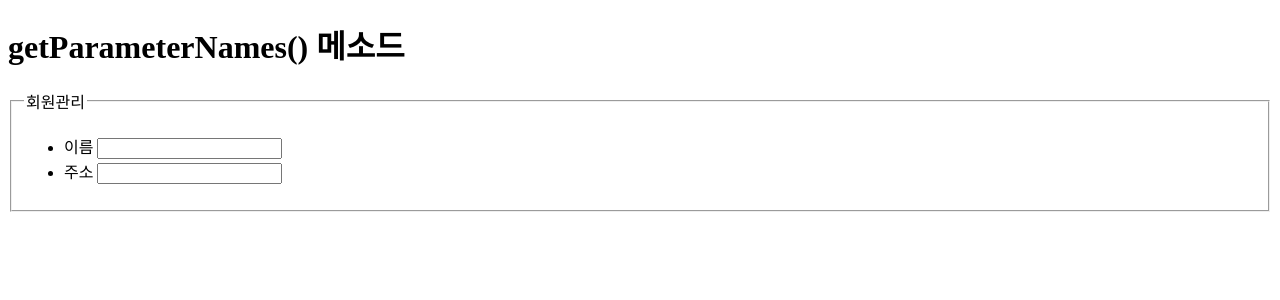
Repository: seminocoe/JSP_STUDY
Page: http://localhost/ServletProject/login/memberForm.jsp
These files come from the project's save history. The page is drawn as it stood at one moment and after the next save; the edit follows.
The browser window is 1280 px wide. The pictures show the whole page.
The page is served by Tomcat 9. Other server files are loaded and not shown.

Above is the page before, as saved 2022-07-29 02:44:36.

### ServletProject/src/main/webapp/login/memberForm.jsp
<%@ page language="java" contentType="text/html; charset=UTF-8"
    pageEncoding="UTF-8"%>
<!DOCTYPE html>
<html>
<head>
<meta charset="UTF-8">
<title></title>
</head>
<body>
<h1>getParameterNames() 메소드</h1>
	<form action="" method="post">
		<fieldset>
			<legend>회원관리</legend>
				<ul>
					<li>
						<label for="username">이름</label>
						<input type="text" name="username">
					</li>

					<li>
						<label for="address">주소</label>
						<input type="text" name="address">
					</li>

				</ul>
		</fieldset>
	</form>
</body>
</html>

After the next save:
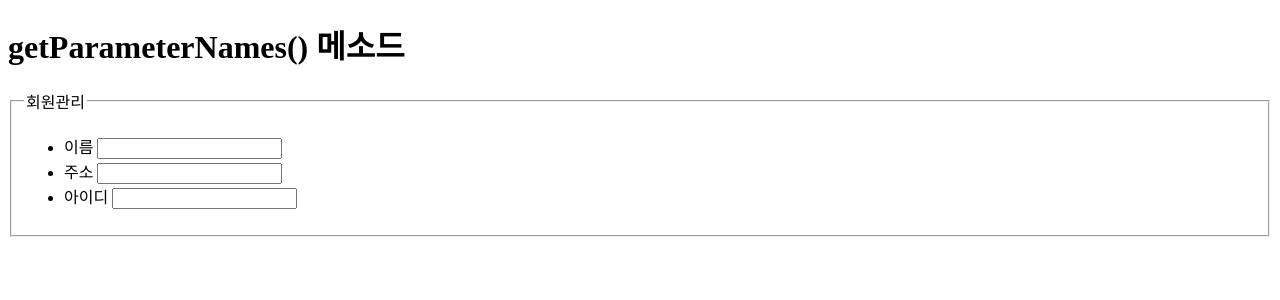
Saved 19 s later.
--- a/ServletProject/src/main/webapp/login/memberForm.jsp
+++ b/ServletProject/src/main/webapp/login/memberForm.jsp
@@ -22,6 +22,11 @@
 						<input type="text" name="address">
 					</li>
 
+					<li>
+						<label for="userid">아이디</label>
+						<input type="text" name="userid">
+					</li>
+
 				</ul>
 		</fieldset>
 	</form>
